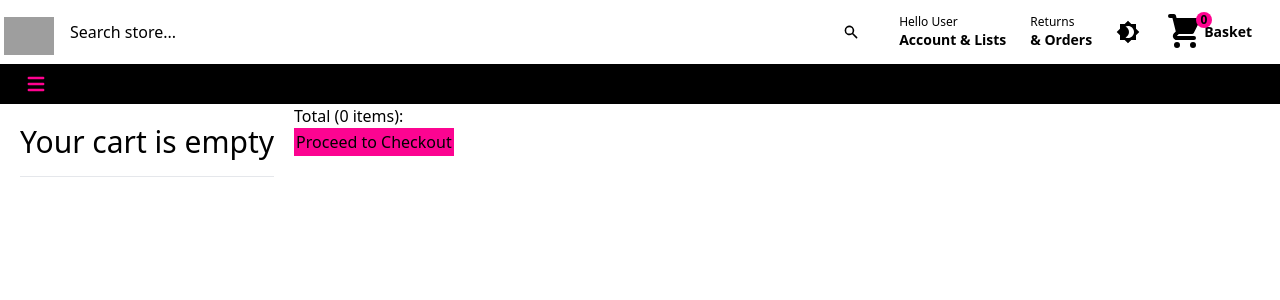
Repository: MarkusDavis/markus-davis-store
Page: /checkout
An editor plug-in stored every save of this project. The page is shown before and after the next save, followed by the edit.
The browser window is 1280 px wide. The pictures show the whole page.
Pictures or frames that could not be fetched are drawn as grey boxes. The page's requests for data from a server got no answer. The project was rebuilt for these pictures with package versions that can differ from the ones it lists, and the page was loaded fresh each time. The framework's server and built-in components were replaced by stand-ins that run in the browser. No one was signed in, and anything a server would have sent is missing. Also part of the build but not shown: next.config.js, src/components/CheckoutProduct.js.

Above is the page before, as saved 2022-10-11 01:57:47.

After the next save:
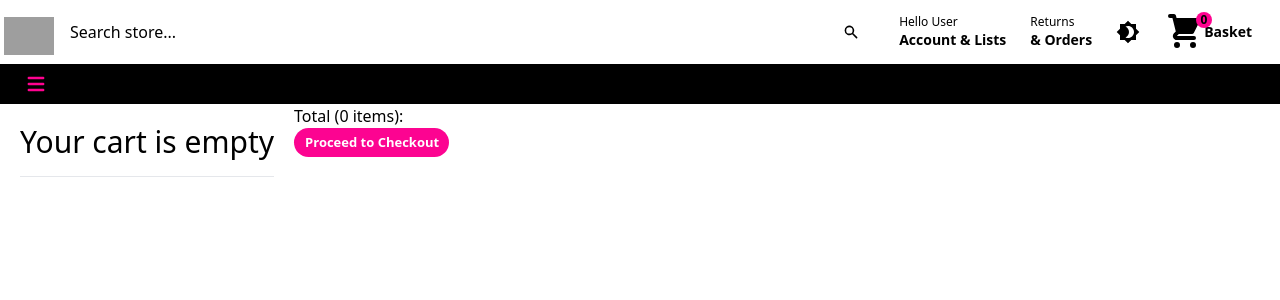
Saved 10 min 1 s later.
--- a/src/styles/globals.css
+++ b/src/styles/globals.css
@@ -6,10 +6,27 @@
   .link {
     @apply cursor-pointer hover:underline hover:text-primary;
   }
-}
-@layer components {
   .button {
-   background-color: #fc0491;
-   padding: 2px;
+    background-color: #fc0491;
+    padding: 2px;
+    border-radius: 30px;
+    font-weight: 700;
+    justify-content: center;
+    align-items: center;
+    font-size: inherit;
+    color: #fff;
+    cursor: pointer;
+    border: 0;
+    display: block;
+    font-size: 13px;
+    line-height: 29px;
+    margin: 0;
+    outline: 0;
+    padding: 0 10px 0 11px;
+    text-align: center;
+    white-space: nowrap;
+  }
+  .button:hover {
+    opacity: 0.8;
   }
 }
